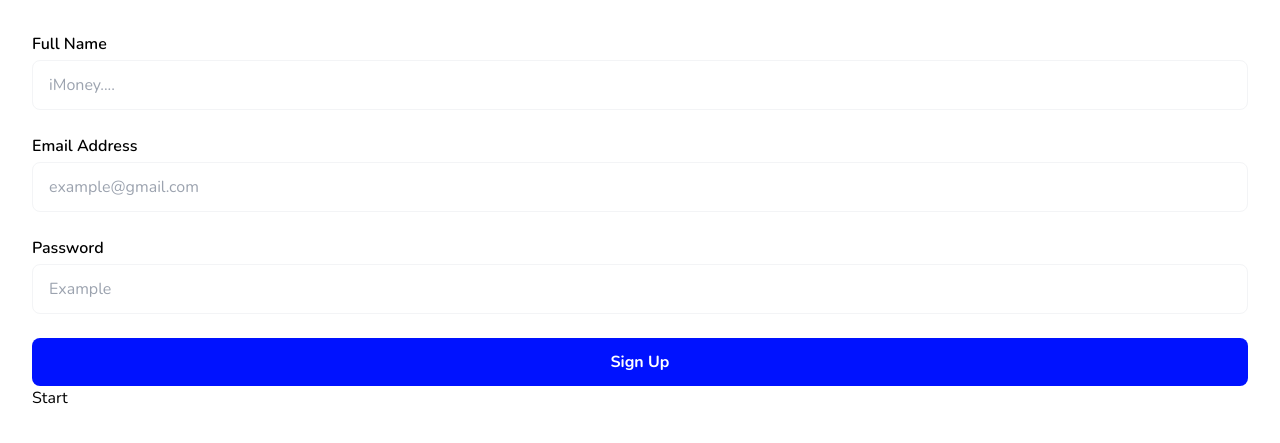
Repository: maixuanhieu/iMoney-VueJS
Page: /register
The author's editor kept a copy of each file at every save. The page is drawn from the files as they stood at one save, then again after the next save.
The browser window is 1280 px wide. The pictures show the whole page.
The project was rebuilt for these pictures with package versions that can differ from the ones it lists, and the page was loaded fresh each time.

Above is the page before, as saved 2021-11-18 13:57:11.

### public/index.html
<!DOCTYPE html>
<html lang="">
  <head>
    <meta charset="utf-8">
    <meta http-equiv="X-UA-Compatible" content="IE=edge">
    <meta name="viewport" content="width=device-width,initial-scale=1.0">
    <link rel="icon" href="<%= BASE_URL %>favicon.ico">
    <title><%= htmlWebpackPlugin.options.title %></title>
    <link rel="preconnect" href="https://fonts.googleapis.com">
<link rel="preconnect" href="https://fonts.gstatic.com" crossorigin>
<link href="https://fonts.googleapis.com/css2?family=Nunito:ital,wght@0,200;0,300;0,400;0,600;0,700;0,800;0,900;1,200;1,300;1,400;1,600;1,700;1,800;1,900&family=Source+Sans+Pro&display=swap" rel="stylesheet">
  </head>
  <body>
    <noscript>
      <strong>We're sorry but <%= htmlWebpackPlugin.options.title %> doesn't work properly without JavaScript enabled. Please enable it to continue.</strong>
    </noscript>
    <div id="app"></div>
    <!-- built files will be auto injected -->
  </body>
</html>

### src/main.js
import { createApp } from "vue";
import App from "./App.vue";
import router from "./router";

import './assets/styles/tailwind.css';
import './assets/styles/global.css';

import { registerGlobalComponents } from "./utils/import";

const app = createApp(App);

registerGlobalComponents(app);

app.use(router);

app.mount("#app");

### src/App.vue
<template>
  <component :is="layout">
    <router-view />
  </component>
</template>

<script>
import { computed } from "vue";
import { useRoute } from "vue-router";

import { PUBLIC_LAYOUT } from "@/constants/"
export default {
  setup() {
    const route = useRoute();
    console.log(route);
    return {
      layout: computed(() => (route.meta.layout || PUBLIC_LAYOUT) + '-layout')
    };
  },
};
</script>

### src/router/index.js
import { createRouter, createWebHistory } from "vue-router";


const routes = [
  {
    path: "/",
    name: "Home",
    component: () => import(/* webpackChunkName: "home" */ "../views/index.vue"),
  },
  {
    path: "/register",
    name: "Register",
    meta: {
      layout: "auth",
    },
    component: () =>
      import(/* webpackChunkName: "register" */ "../views/register.vue"),
  },
];

const router = createRouter({
  history: createWebHistory(process.env.BASE_URL),
  routes,
});

export default router;

### src/assets/styles/global.css
body{
  font-family: 'Nunito', sans-serif;
  font-size: 16px;
}





@font-face {
  font-family: "t2ico";
  src: url("../fonts/t2ico.eot?84r94p");
  src: url("../fonts/t2ico.eot?84r94p#iefix") format("embedded-opentype"),
    url("../fonts/t2ico.ttf?84r94p") format("truetype"),
    url("../fonts/t2ico.woff?84r94p") format("woff"),
    url("../fonts/t2ico.svg?84r94p#t2ico") format("svg");
  font-weight: normal;
  font-style: normal;
  font-display: block;
}

i {
  /* use !important to prevent issues with browser extensions that change fonts */
  font-family: "t2ico" !important;
  speak: never;
  font-style: normal;
  font-weight: normal;
  font-variant: normal;
  text-transform: none;
  line-height: 1;

  /* Better Font Rendering =========== */
  -webkit-font-smoothing: antialiased;
  -moz-osx-font-smoothing: grayscale;
}

.t2ico-users:before {
  content: "\e915";
  color: #363853;
}
.t2ico-arrow-right:before {
  content: "\e916";
  color: #363853;
}
.t2ico-calendar:before {
  content: "\e917";
  color: #363853;
}
.t2ico-camera:before {
  content: "\e918";
  color: #363853;
}
.t2ico-category:before {
  content: "\e919";
  color: #363853;
}
.t2ico-chart:before {
  content: "\e91a";
  color: #363853;
}
.t2ico-document:before {
  content: "\e91b";
  color: #363853;
}
.t2ico-filter:before {
  content: "\e91c";
  color: #363853;
}
.t2ico-info-square:before {
  content: "\e91d";
  color: #363853;
}
.t2ico-location:before {
  content: "\e91e";
  color: #363853;
}
.t2ico-logout:before {
  content: "\e91f";
  color: #363853;
}
.t2ico-notification:before {
  content: "\e920";
  color: #363853;
}
.t2ico-plus:before {
  content: "\e921";
  color: #363853;
}
.t2ico-presentation:before {
  content: "\e922";
  color: #363853;
}
.t2ico-profile:before {
  content: "\e923";
  color: #363853;
}
.t2ico-setting:before {
  content: "\e924";
  color: #363853;
}
.t2ico-lock:before {
  content: "\e925";
  color: #363853;
}
.t2ico-ticket-star:before {
  content: "\e926";
  color: #363853;
}
.t2ico-trending-down:before {
  content: "\e927";
  color: #363853;
}
.t2ico-trending-up:before {
  content: "\e928";
  color: #363853;
}
.t2ico-wallet:before {
  content: "\e929";
  color: #363853;
}

### src/utils/import.js
import { defineAsyncComponent } from "vue";

export function registerGlobalComponents(app) {
  app.component(
    "auth-layout",
    defineAsyncComponent(() => import("@/layouts/auth"))
  );

  app.component(
    "default-layout",
    defineAsyncComponent(() => import("@/layouts/default"))
  );
}

### src/constants/index.js
export const PUBLIC_LAYOUT = 'default';

### src/views/register.vue
<template>
 <div class="mt-8">
   <div class="container mx-auto px-8">
     <form class="flex flex-col justify-start space-y-6" @submit="onSubmit">
       <div class="row">
         <label class="flex flex-col" for="fullName">
           <span class="font-semibold">Full Name</span>
           <input
           id="fullName"
           class="px-4 py-3 rounded-lg border border-gray-100 mt-1"
           type="text"
           placeholder="iMoney...." />
         </label>
       </div>

        <div class="row">
         <label class="flex flex-col" for="email">
           <span class="font-semibold">Email Address</span>
           <input
           id="email"
           class="px-4 py-3 rounded-lg border border-gray-100 mt-1"
           type="email"
           placeholder="example@gmail.com" />
         </label>
       </div>

        <div class="row">
         <label class="flex flex-col" for="password">
           <span class="font-semibold">Password</span>
           <input
           id="password"
           class="px-4 py-3 rounded-lg border border-gray-100 mt-1"
           type="password"
           placeholder="Example" />
         </label>
       </div>

       <div class="row">
         <button type="submit" class="py-3 text-center w-full bg-primary text-white font-bold rounded-lg">
            Sign Up
         </button>
       </div>
     </form>



     Start
   </div>
 </div>
</template>


<script>
export default {
  setup(){
    function onSubmit(){}
    return { onSubmit }
  },
}
</script>

### src/layouts/default.vue
<template>
    <h1>Default Layout</h1>

    <slot />
</template>

### tailwind.config.js
module.exports = {
  purge: [],
  darkMode: false, // or 'media' or 'class'
  theme: {
    extend: {
      colors: {
        dark: '#363853',
        primary: '#0012FF',
        green: '#67D4C4',
        red: '#F28080',
      },
    },
  },
  variants: {
    extend: {},
  },
  plugins: [],
}

Loaded but not shown: src/assets/styles/tailwind.css (common file); src/layouts/auth.vue (common file)

After the next save:
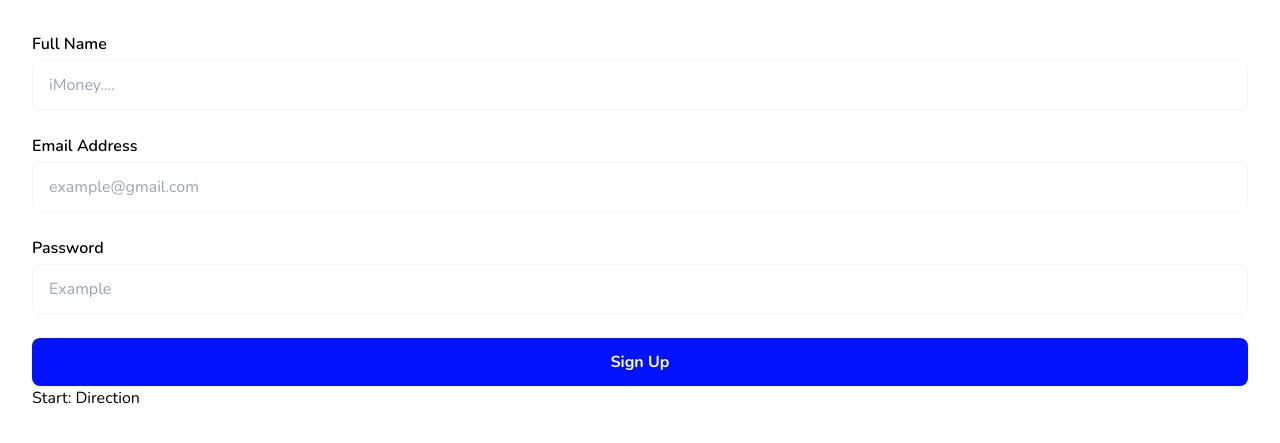
Saved 5 s later.
--- a/src/views/register.vue
+++ b/src/views/register.vue
@@ -44,7 +44,7 @@
 
 
 
-     Start
+     Start: Direction
    </div>
  </div>
 </template>
